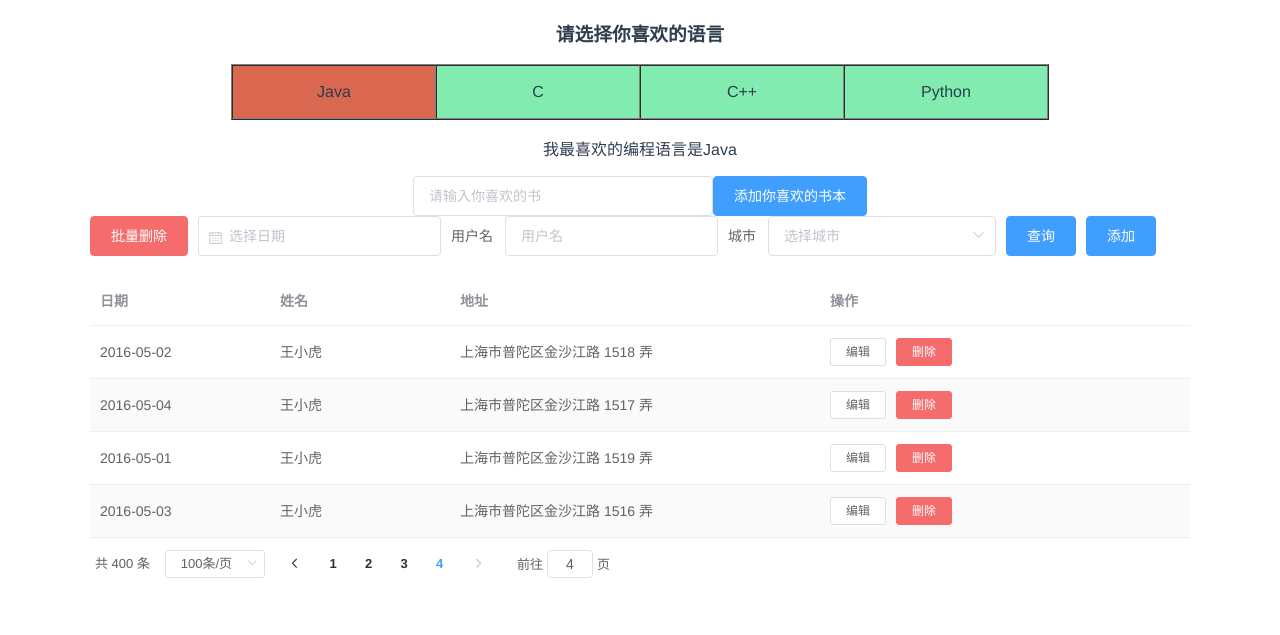
Repository: chang-meng-yun/vue_project
Page: /
These files come from the project's save history. The page is drawn as it stood at one moment and after the next save; the edit follows.
The browser window is 1280 px wide. The pictures show the whole page.
The project was rebuilt for these pictures with package versions that can differ from the ones it lists, and the page was loaded fresh each time. Also part of the build but not shown: vue.config.js, src/VBindStudy.vue, src/views/reHome.vue, src/components/HelloWorld.vue, src/views/HomeView.vue.

Above is the page before, as saved 2024-06-27 12:41:05.

After the next save:
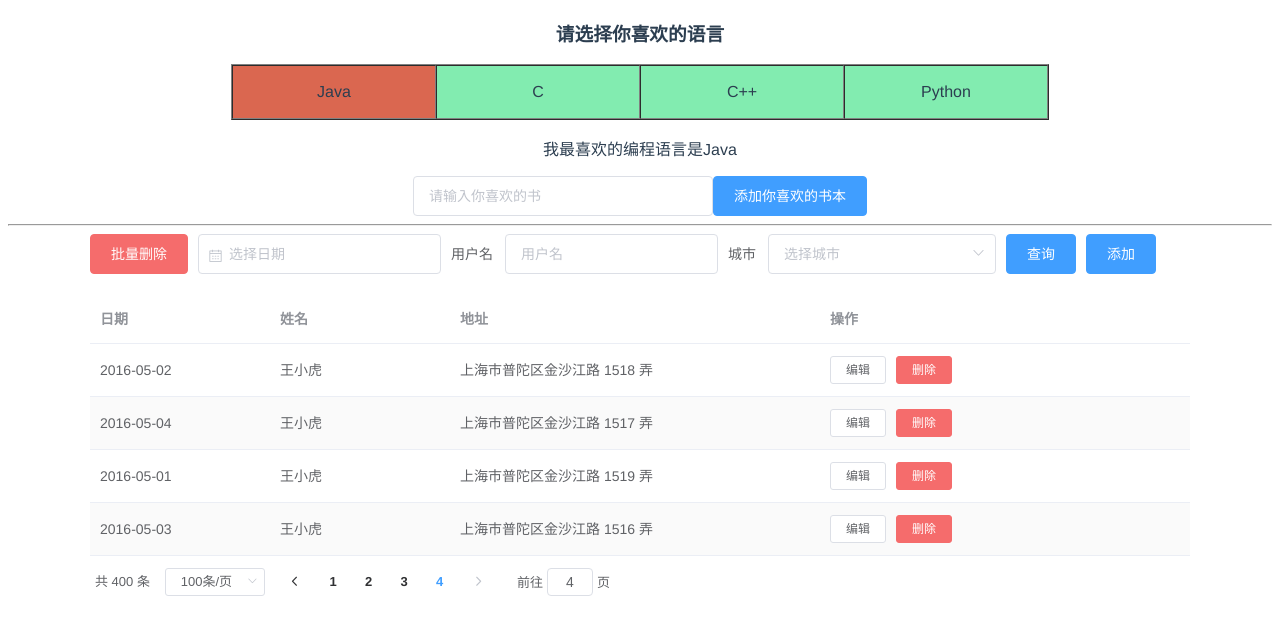
Saved 12 s later.
--- a/src/App.vue
+++ b/src/App.vue
@@ -3,6 +3,7 @@
     <!-- <Hello></Hello> -->
     <!-- <VBindStudy></VBindStudy> -->
      <HomeWork></HomeWork>
+     <hr>
       <!-- <reHome></reHome> -->
        <!-- <Model></Model> -->
         <FromFrame></FromFrame>
